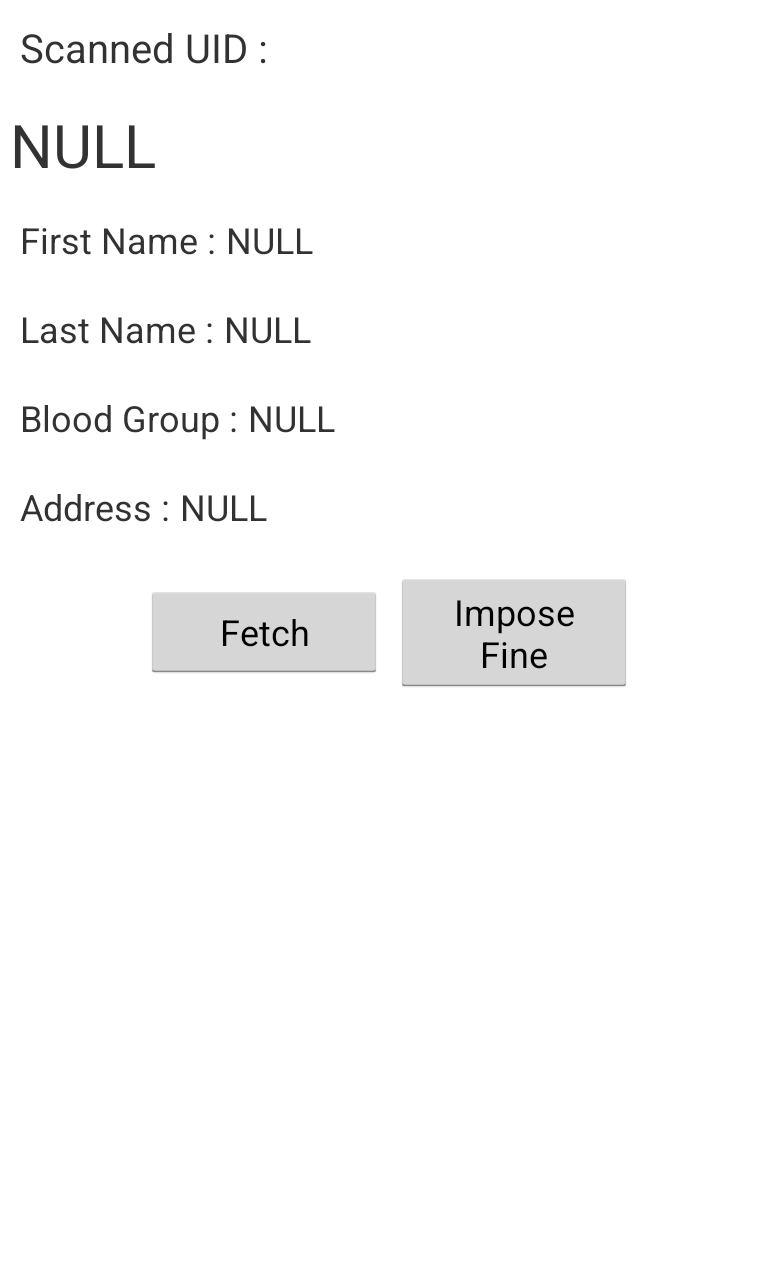
Repository: LennoxAlexion/UID
Layout: Android App/Uid-Project/res/layout/activity_qr_result.xml
An editor plug-in stored every save of this project. The layout is shown before and after the next save, followed by the edit.
It is drawn on a 768 x 1280 px phone screen (xhdpi) without system bars, with theme AppTheme; the app's code is not run.

Above is the layout before, as saved 2015-03-29 07:09:17.

### Android App/Uid-Project/res/layout/activity_qr_result.xml
<?xml version="1.0" encoding="utf-8"?>
<LinearLayout xmlns:android="http://schemas.android.com/apk/res/android"
    android:layout_width="match_parent"
    android:layout_height="match_parent"
    android:orientation="vertical"
>

    <TextView
        android:layout_width="wrap_content"
        android:layout_height="wrap_content"
        android:text="Scanned UID : "
        android:layout_margin="10dp"
        android:textSize="20dp" />

    <TextView
        android:id="@+id/TextView_ScannedCode"
        android:layout_width="wrap_content"
        android:layout_height="wrap_content"
        android:text="NULL"
        android:layout_margin="5dp"
        android:textSize="30dp" />


    <LinearLayout
        android:layout_width="fill_parent"
        android:layout_height="wrap_content"
        android:layout_margin="5dp"
        android:orientation="horizontal"
        android:padding="5dp" >

        <TextView
            android:layout_width="wrap_content"
            android:layout_height="wrap_content"
            android:text="First Name :"
            android:textSize="18dp" />

        <TextView
            android:id="@+id/TextView_qr_result_FirstName"
            android:layout_width="wrap_content"
            android:layout_height="wrap_content"
            android:layout_marginLeft="5dp"
            android:text="NULL"
            android:textSize="18dp" />
    </LinearLayout>

    <LinearLayout
        android:layout_width="fill_parent"
        android:layout_height="wrap_content"
        android:layout_margin="5dp"
        android:orientation="horizontal"
        android:padding="5dp" >

        <TextView
            android:layout_width="wrap_content"
            android:layout_height="wrap_content"
            android:text="Last Name :"
            android:textSize="18dp" />

        <TextView
            android:id="@+id/TextView_qr_result_LastName"
            android:layout_width="wrap_content"
            android:layout_height="wrap_content"
            android:layout_marginLeft="5dp"
            android:text="NULL"
            android:textSize="18dp" />
    </LinearLayout>

    <LinearLayout
        android:layout_width="fill_parent"
        android:layout_height="wrap_content"
        android:layout_margin="5dp"
        android:orientation="horizontal"
        android:padding="5dp" >

        <TextView
            android:layout_width="wrap_content"
            android:layout_height="wrap_content"
            android:text="Blood Group :"
            android:textSize="18dp" />

        <TextView
            android:id="@+id/TextView_qr_result_BloodGroup"
            android:layout_width="wrap_content"
            android:layout_height="wrap_content"
            android:layout_marginLeft="5dp"
            android:text="NULL"
            android:textSize="18dp" />
    </LinearLayout>

    <LinearLayout
        android:layout_width="fill_parent"
        android:layout_height="wrap_content"
        android:layout_margin="5dp"
        android:orientation="horizontal"
        android:padding="5dp" >

        <TextView
            android:layout_width="wrap_content"
            android:layout_height="wrap_content"
            android:text="Address :"
            android:textSize="18dp" />

        <TextView
            android:id="@+id/TextView_qr_result_Address :"
            android:layout_width="wrap_content"
            android:layout_height="wrap_content"
            android:layout_marginLeft="5dp"
            android:text="NULL"
            android:textSize="18dp" />
    </LinearLayout>
    <LinearLayout
        android:layout_width="fill_parent"
        android:layout_height="wrap_content"
        android:layout_gravity="center_horizontal"
        android:layout_margin="5dp"
        android:gravity="center"
        android:orientation="horizontal"
        android:padding="5dp" >

        <Button
            android:id="@+id/Button_qr_result_Fetch"
            android:layout_width="120dp"
            android:layout_height="wrap_content"
            android:layout_margin="5dp"

            android:text="Fetch" />

        <Button
            android:id="@+id/Button_qr_result_ImposeFine"
            android:layout_width="120dp"
            android:layout_height="wrap_content"

            android:text="Impose Fine" />

    </LinearLayout>



</LinearLayout>

Loaded but not shown: Android App/Uid-Project/res/values/styles.xml (common file); Android App/Uid-Project/res/values-v11/styles.xml (common file); Android App/Uid-Project/res/values-v14/styles.xml (common file); Android App/Uid-Project/res/values-v21/styles.xml (common file)

After the next save:
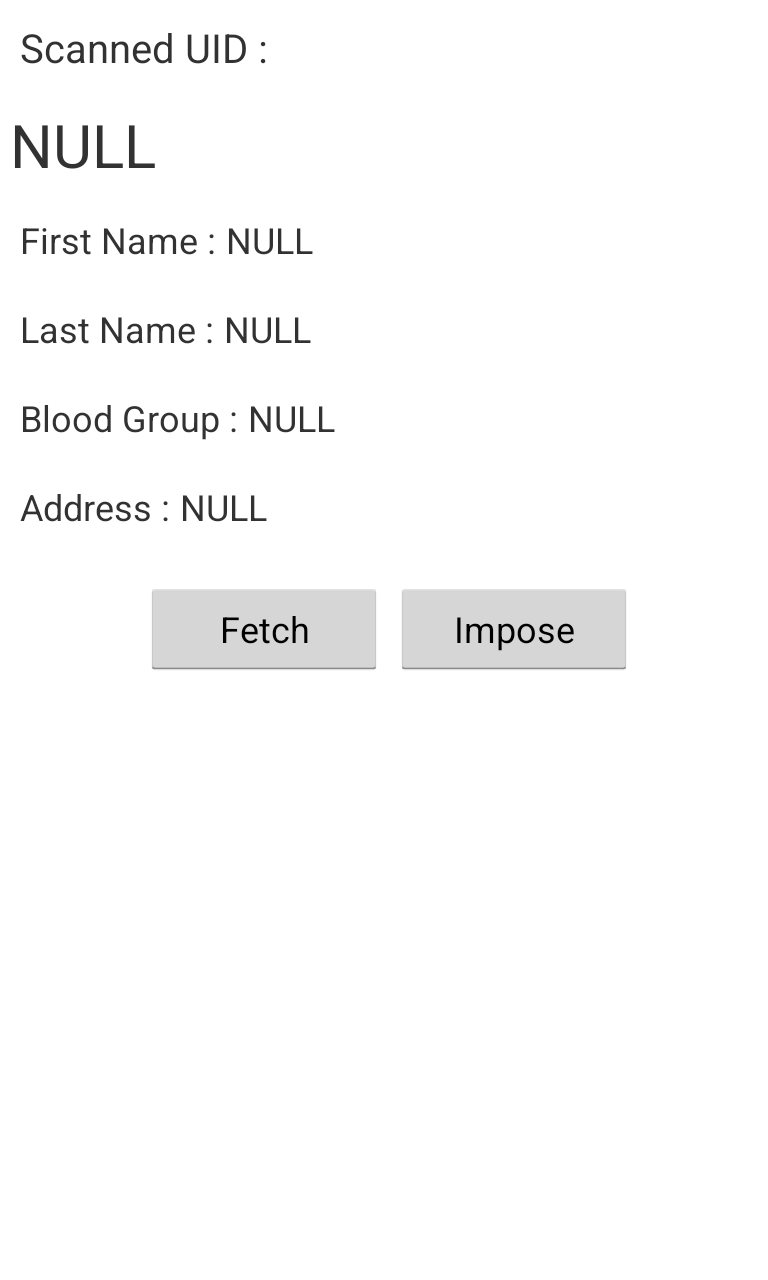
Saved 8 s later.
--- a/Android App/Uid-Project/res/layout/activity_qr_result.xml
+++ b/Android App/Uid-Project/res/layout/activity_qr_result.xml
@@ -130,7 +130,7 @@
             android:layout_width="120dp"
             android:layout_height="wrap_content"
 
-            android:text="Impose Fine" />
+            android:text="Impose" />
 
     </LinearLayout>
 
